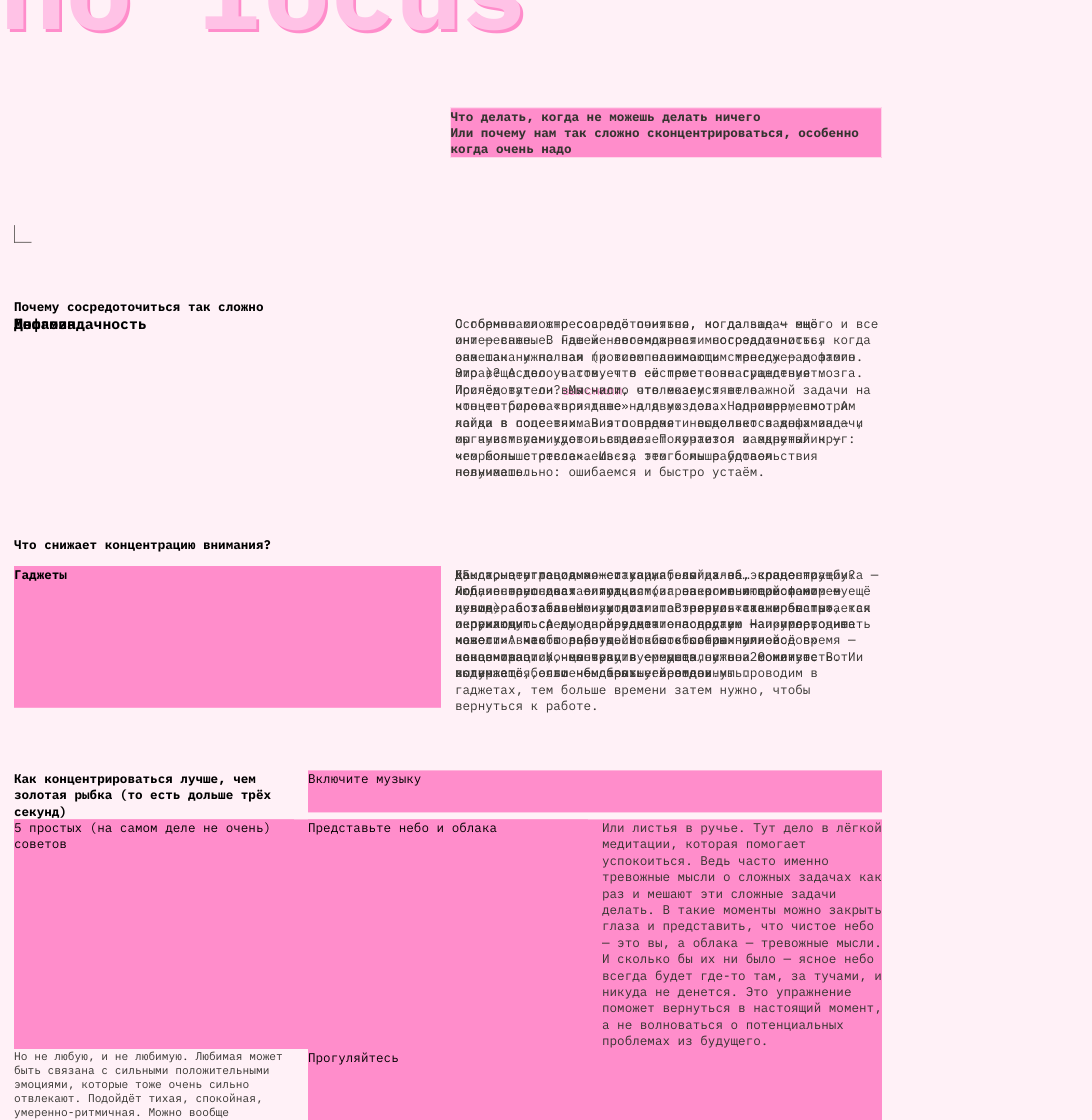
Repository: NikWolf75/slozhno-sosredotochitsya-fd
Page: index.html
The author's editor kept a copy of each file at every save. The page is drawn from the files as they stood at one save, then again after the next save.
The browser window is 1280 px wide. The page is 1560 px wide, so the pictures cover 1560 px, including what lies to the right of the window. The pictures show the part of the page from y = 401 to 2001 px (the page is 7191 px tall), at 70% of full size.

Above is the page before, as saved 2025-02-27 23:10:57.

### index.html
<!DOCTYPE html>
<html lang="ru">
  <head>
    <meta charset="UTF-8" />
    <meta http-equiv="X-UA-Compatible" content="IE=edge" />
    <meta name="viewport" content="width=device-width, initial-scale=1.0" />
    <meta name="color-scheme" content="dark light" />
    <link rel="stylesheet" href="/fonts/fonts.css" />
    <link rel="stylesheet" href="/styles/globals.css" />
    <link rel="stylesheet" href="/styles/variables.css" />
    <link rel="stylesheet" href="/styles/style.css" />
    <link rel="stylesheet" href="/styles/dark.css" />
    <link rel="stylesheet" href="/styles/light.css" />
    <link rel="icon" href="/images/favicon.ico" sizes="any" />
    <link rel="icon" href="/images/favicon.svg" type="image/svg+xml" />
    <title>Сложно сосредоточиться</title>
    <script src="./scripts/script.js"></script>
  </head>
  <body class="page">
    <header class="header decorated-zone">
      <p class="rec_element">REC</p>
      <nav class="header__theme-menu">
        <ul class="header__theme-menu-list">
          <li class="header__theme-menu-item">
            <button
              class="header__theme-menu-button header__theme-menu-button_type_light"
            >
              День
            </button>
          </li>
          <li class="header__theme-menu-item">
            <button
              class="header__theme-menu-button header__theme-menu-button_active header__theme-menu-button_type_auto"
              disabled
            >
              Авто
            </button>
          </li>
          <li class="header__theme-menu-item">
            <button
              class="header__theme-menu-button header__theme-menu-button_type_dark"
            >
              Неон
            </button>
          </li>
        </ul>
      </nav>
      <h1 class="title_main">no focus</h1>
      <div class="title-decor">
        <p>Что делать, когда не можешь делать ничего</p>
        <p>
          Или почему нам так сложно сконцентрироваться, особенно когда очень
          надо
        </p>
      </div>
    </header>
    <main class="content">
      <section class="content__section">
        <h2 class="question_text">Почему сосредоточиться так сложно</h2>
        <article class="answer">
          <h3 class=".content__answer-short">Многозадачность</h3>
          <p class="answer_large">
            Особенно сложно сосредоточиться, когда задач много и все они —
            важные. Где же легендарная многозадачность, когда она так нужна вам
            (и всем нанимающим менеджерам этого мира)? А дело в том, что её
            просто не существует. Исследователи
            <a class="link-text" href="#0">выяснили</a>, что мозгу тяжело
            концентрироваться даже на двух делах одновременно. А когда в поле
            внимания попадает несколько важных задач, организм паникует и
            выделяет кортизол и адреналин — «гормоны стресса». Из-за этого мы
            работаем невнимательно: ошибаемся и быстро устаём.
          </p>
        </article>
        <article class="answer">
          <h3 class=".content__answer-short">Дофамин</h3>
          <p class="answer_large">
            С гормонами стресса всё понятно, но дальше — ещё интереснее. В нашей
            невозможности сосредоточиться замешана и полная противоположность
            стрессу — дофамин. Это вещество участвует в системе вознаграждения
            мозга. Причём тут он? Мы часто отвлекаемся от важной задачи на
            что-то более «приятное» для мозгов. Например, смотрим лайки в
            соцсетях. В это время и выделяется дофамин — и мы чувствуем
            удовольствие. Получается замкнутый круг: чем больше отвлекаешься,
            тем больше удовольствия получаешь.
          </p>
        </article>
      </section>
      <section class="content__section content__question">
        <h2 class="question_text">Что снижает концентрацию внимания?</h2>
        <article class="answer">
          <h3 class="content__answer-short">Многозадачность</h3>
          <p class="answer_large">
            Как концентрация может снижаться из-за… концентрации? Любая
            стрессовая ситуация (и резко меняющийся мир в целом) заставляет наш
            мозг постоянно «сканировать» окружающую среду на предмет опасности.
            Например, читать новости вместо работы. Но быть собранными всё время
            — невозможно. Концентрация — мышца, и она может не выдержать, если
            не давать ей отдохнуть.
          </p>
        </article>
        <article class="answer">
          <h3 class="content__answer-short">Еда</h3>
          <p class="answer_large">
            «Быстрые углеводы» — сахар, белый хлеб, сладости — молниеносно
            доставляют в мозг энергию и помогают ему лучше работать. Но уходит
            эта энергия также быстро, как и приходит. А мы в результате попадаем
            на «углеводные качели»: как только действие «быстрых углеводов»
            заканчивается, мы чувствуем усталость и сонливость. И хотим ещё
            больше быстрых углеводов.
          </p>
        </article>
        <article class="answer">
          <h3 class="content__answer-short">Гаджеты</h3>
          <p class="answer_large">
            Да-да, это та самая ситуация, когда на экране ноутбука — код, в
            наушниках — подкаст, а на компьютере фоном — ещё и видео с забавными
            утятами. В результате мозг пытается переключиться с одной задачи на
            другую — и просто не может. А чтобы вернуться к состоянию полной
            концентрации, человеку в среднем нужно 20 минут. Вот и получается,
            что чем больше времени мы проводим в гаджетах, тем больше времени
            затем нужно, чтобы вернуться к работе.
          </p>
        </article>
      </section>
      <section class="content__section">
        <h2 class="question_text">
          Как концентрироваться лучше, чем золотая рыбка (то есть дольше трёх
          секунд)
        </h2>
        <article class="answer advice">
          <h3 class="content__answer-short sub_content__answer-short">
            5 простых (на самом деле не очень) советов
          </h3>
          <h4 class="advice">
            Представьте небо и облака
          </h4>
          <p class="answer_large">
            Или листья в ручье. Тут дело в лёгкой медитации, которая помогает
            успокоиться. Ведь часто именно тревожные мысли о сложных задачах как
            раз и мешают эти сложные задачи делать. В такие моменты можно
            закрыть глаза и представить, что чистое небо — это вы, а облака —
            тревожные мысли. И сколько бы их ни было — ясное небо всегда будет
            где-то там, за тучами, и никуда не денется. Это упражнение поможет
            вернуться в настоящий момент, а не волноваться о потенциальных
            проблемах из будущего.
          </p>
        </article>
          <h4 class="advice">
            Включите музыку
          </h4>
          <p class="answer_large">
            Но не любую, и не любимую. Любимая может быть связана с сильными
            положительными эмоциями, которые тоже очень сильно отвлекают.
            Подойдёт тихая, спокойная, умеренно-ритмичная. Можно вообще
            попробовать включить плейлист с «белым шумом» или нейромузыкой.
          </p>
          <h4 class="advice">
            Прогуляйтесь
          </h4>
          <p class="answer_large">
            Или даже пробегитесь. Лучше найти парк или лес: один эксперимент
            <a class="link-text" href="#0">показал</a>, что созерцание природы
            повышает концентрацию, в то время как после просмотра городских
            пейзажей она наоборот понижается. Можно совместить прогулку с
            физическими упражнениями или бегом — так в мозг поступит ещё больше
            кислорода и он будет лучше работать. Но и простая двадцатиминутная
            прогулка — тоже отличный вариант.
          </p>
          <h4 class="advice">
            Хорошо ешьте
          </h4>
          <p class="answer_large">
            Мы — не ваша бабушка, но это правда важно. Выбирайте продукты,
            которые препятствуют резким скачкам сахара в крови. Например, с
            высоким содержанием клетчатки: овощи, ягоды, бобовые (нут, чечевица,
            фасоль), коричневый рис, хлеб из цельнозерновой пшеницы.
          </p>
          <h4 class="advice">
            Читайте
          </h4>
          <p class="answer_large">
            Настоящие бумажные книги. Это правда помогает с концентрацией: чтобы
            прочитать пост в соцсети, достаточно нескольких минут или даже
            секунд. А вот интересная книга способна затянуть и на несколько
            часов и круто тренирует направленное внимание.
          </p>
        </article>
      </section>
      <section class="content__section content__gallery">
        <h2 class="content__answer-short">А можно в картинках?</h2>
        <div class="gallery">
          <figure class="gallery__item">
            <img
              class="content__section-image"
              src="./images/sunset.png"
              alt="Вид острова на закате"
              loading="lazy"
            />
          </figure>
          <figure class="gallery__item">
            <img
              class="gallery__section-image"
              src="./images/ice-cream.png"
              alt="Чаша с мороженным"
              loading="lazy"
            />
          </figure>
          <figure class="gallery__item">
            <img
              class="gallery__section-image"
              src="./images/tape.png"
              alt="Кассета"
              loading="lazy"
            />
          </figure>
          <figure class="gallery__item">
            <img
              class="gallery__section-image"
              src="./images/books.png"
              alt="Стопка книг"
              loading="lazy"
            />
          </figure>
          <figure class="gallery__item">
            <img
              class="gallery__section-image"
              src="./images/street.png"
              alt="Улица"
              loading="lazy"
            />
          </figure>
        </div>
      </section>
    </main>
    <footer class="footer decorated-zone">
      <h2 class="title_main footer__title">focus</h2>
    </footer>
  </body>
</html>

### styles/globals.css
*,
*::before,
*::after {
  box-sizing: border-box;
}

body {
  min-inline-size: 375px;
  max-inline-size: 1440px;
  margin: 0 auto;
}

h1,
h2,
h3,
h4,
h5,
h6,
p {
  margin: 0;
}

ul {
  margin: 0;
  padding: 0;
  list-style: none;
}

picture {
  margin: 0;
  padding: 0;
}

button,
a {
  font-family: inherit;
  font-size: inherit;
  line-height: inherit;
  color: currentColor;
}

### styles/variables.css
:root {
  --main-font: 'IBM Plex mono';
}

### styles/style.css
.page {
  display: flex;
  flex-direction: column;
  font-family: var(--main-font), monospace;
  block-size: min-content;
  position: relative;
  font-weight: 700;
  background-color: var(--main-background-color);
  background-image: var(--main-background-image);
  background-attachment: fixed;
  background-position: center;
  background-size: cover;
  background-repeat: no-repeat;
 }

.decorated-zone {
  position: relative;
}

.decorated-zone::after,
.decorated-zone::before {
  position: absolute;
  inline-size: 25px;
  block-size: 25px;
  content: "";
  border: 1px solid var(--corner-color);
}

.decorated-zone::after {
  border-top: none;
  border-right: none;
  bottom: 10px;
  left: 10px;
}

.decorated-zone::before {
  border-left: none;
  border-bottom: none;
  right: 10px;
  top: 10px;
}

@media (width >= 768px) {
  .decorated-zone::after {
    bottom: 20px;
    left: 20px;
  }
}

@media (width >= 768px) {
  .decorated-zone::before {
    right: 20px;
    top: 20px;
  }
}

.rec_element {
  position: absolute;
  align-self: start;
  justify-self: end;
  margin: 0;
  right: 10px;
  margin-right: 28px;
  font-size: 18px;
  grid-column: 3;
  grid-row: 1;
  color: var(--accent-color);
  gap: 10px;
}

@media (width >= 768px) {
  .rec_element {
    right: 20px;
  }
}

.rec_element::after {
  content: "";
  border-radius: 50%;
  position: absolute;
  top: 8px;
  left: 44px;
  background: var(--accent-color);
  width: 10px;
  height: 10px;
  box-shadow: 0 0 4px 2px var(--accent-color)
}

.header {
  display: grid;
  grid-template-columns: repeat(3, 1fr);
  grid-template-rows: 1fr min-content 1fr;
  align-items: center;
  justify-items: end;
  position: relative;
  block-size: min(668px, 100vh);
  padding: 10px;
  inline-size: 100%;
 }

 @media (width >= 768px) {
  .header {
    padding: 20px 20px 20px 0;
    block-size: max(1024px, 100vh);
  }
 }

 @media (width >= 1024px) {
  .header {
    block-size: max(768px, 100vh);
  }
 }

 .header__theme-menu {
  grid-column: 3;
  grid-row: 1;
  justify-self: end;
  align-self: center;
}

@media (width >= 1024px) {
  .header__theme-menu {
    grid-column: 1 / -1;
    align-self: start;
    justify-self: center;
    margin-left: 20px;
  }
 }

.header__theme-menu-list {
  display: flex;
  flex-direction: column;
  list-style: none;
  row-gap: 10px;
}

@media (width >= 1024px) {
  .header__theme-menu-list {
    display: flex;
    flex-direction: row;
    column-gap: 10px;
  }
 }

.header__theme-menu-button {
  font-family: inherit;
  background: transparent;
  font-size: 18px;
  color: var(--menu-color);
  border: none;
  text-transform: lowercase;
  border: none;
  height: 26px;
  padding-right: 13px;
  padding-left: 13px;
}

.header__theme-menu-bitton:hover {
  outline: 1px solid var(--menu-color-rgb);
}

.header__theme-menu-button_active {
  outline: 1px solid var(--menu-color);
}

.header__theme-menu-button:focus {
  outline: none;
  text-decoration: underline;
}

.header__theme-menu-button:focus-visible {
  outline: none;
  text-decoration: underline;
}

.title_main {
  font-family: inherit;
  font-size: clamp(7.25rem, 7.0115rem + 1.0178vw, 7.5rem);
  line-height: 95.7px;
  color: var(--title-short-text-color);
  text-shadow: 4px 4px 0 var(--accent-color);
  justify-self: start;
  grid-column: 1 / -1;
  grid-row: 2;
}

@media (width >= 1024px) {
  .title_main {
    line-height: 129.5px;
  }
}

@media (width >= 768px) {
  .title_main {
    font-size: clamp(7.5rem, 0.5625rem + 14.4531vw, 9.8125rem);
    font-weight: 700;
    line-height: 99px;
  }
}

.title-decor {
  font-weight: 700;
  font-family: var(--main-font), monospace;
  font-size: 18px;
  line-height: 23.4px;
  background-color: var(--accent-color);
  color: var(--title-text-color);
  grid-row: 3;
  grid-column: 1 / -1;
  border: 1px solid var(--main-background-color);
  margin: 0;
  justify-self: end;
  align-self: center;
}

@media (width >= 768px) {
  .title-decor {
    max-width: 49%;
  }
}

.content {
  display: flex;
  box-sizing: border-box;
  flex-direction: column;
  padding: 40px 10px 0 10px;
  row-gap: 50px;
}

@media (width >= 768px) {
  .content {
    padding: 60px 20px 20px 20px;
    row-gap: 80px;
  }
}

@media (width >= 768px) {
  .content__section {
    display: grid;
    grid-template-columns: 1fr 2fr;
    column-gap: 20px;
  }
}

@media (width >= 1024px) {
  .content__section {
    column-gap: 10px;
  }
}

.content__what, .answer {
  margin-bottom: 20px;
}

.content__what, .answer:last-of-type {
  margin-bottom: 0;
}

.content__gallery, .content__answer-short {
  font-size: 18px;
}

@media (width >= 768px) and (width < 1024px) {
  .content__question,
  .content__gallery {
    display: grid;
    grid-template-columns: repeat(3, 1fr);
    grid-template-rows: min-content, 1fr;
    row-gap: 20px;
  }

  .content__question, .question_text {
    grid-row: 1;
    grid-column: 1;
  }

  .content__question, .answer {
    grid-row: 2;
    grid-column: 1 / -1;
    margin-bottom: 20px;
  }

  .content__gallery, .content__answer-short {
    grid-row: 1;
    grid-column: 1 / -1;
    margin: 0;
  }

  .content__gallery, .gallery {
    grid-row: 2;
    grid-column: 1 / -1;
  }
}

@media (width >= 1024px) {
  .content__question,
  .content__gallery {
    display: grid;
    grid-template-columns: repeat(3, 1fr);
    row-gap: 20px;
  }

  .content__question, .question_text {
    grid-row: 1;
    grid-column: 1;
  }

  .content__question, .answer {
    display: grid;
    grid-row: 2;
    grid-column: 1 / -1;
    column-gap: 20px;
    grid-template-columns: repeat(auto-fit, minmax(calc((100% - 40px) / 3), 1fr));
  }

  .content__gallery, .answer-short {
    grid-row: 1;
    grid-column: 1 / -1;
    margin: 0;
  }

  .content__gallery, .gallery {
    grid-row: 2;
    grid-column: 1 / -1;
  }
}

.question_text {
  font-family: var(--main-font), monospace;
  font-size: 18px;
  font-weight: 700;
  line-height: 23.5px;
  color: var(--question_text-color);
  margin: 0;
  margin-bottom: 20px;
}

@media (width >= 768px) {
  .question_text {
    padding-right: 9px;
    margin-bottom: 0;
  }
}

.answer {
  font-family: var(--main-font), monospace;
  font-size: 18px;
  font-weight: 700;
  line-height: 23.5px;
  color: var(--content__answer-short-color);
}

.advices {
  display: flex;
  flex-direction: column;
}

.content_how {
  display: flex;
  flex-direction: column;
}

.content__answer-short {
  color: var(--content__answer-short-color);
  background-color: var(--accent-color);
  margin: 0;
  margin-bottom: 10px;
  font-family: inherit;
  font-size: inherit;
  font-weight: inherit;
  line-height: inherit;
}

.sub_content__answer-short {
  margin-bottom: 20px;
}

.answer_large {
  font-family: inherit;
  font-size: inherit;
  font-weight: 400;
  line-height: inherit;
  color: var(--answer-text-color);
  margin: 0;
  margin-bottom: 20px;
}

.answer, .answer_large:last-of-type {
  margin-bottom: 0;
}

.link-text {
  text-decoration: none;
  color: inherit;
  text-shadow: 2px 2px 0 var(--shadow-accent-color);
}

.link-text:hover {
  border-bottom: 1px solid var(--menu-color);
}

.link-text:focus {
  outline: none;
  border: none;
}

.link-text:focus-visible {
  outline: 1px solid var(--answer-text-color);
  border: 1px solid transparent;
  color: var(--answer-text-color);
}

.advice {
  font-family: var(--main-font), monospace;
  font-size: 18px;
  font-weight: 400;
  background-color: var(--accent-color);
  line-height: 23.4px;
  margin: 0 0 10px 0;
}

.gallery {
  display: grid;
  grid-template-columns: 1fr;
  grid-template-rows: 142px 355px 237px 355px 237px;
  gap: 10px;
  grid-auto-flow: dense;
  margin-bottom: 40px;
}

.gallery__item {
  margin: o;
}

.gallery__section-image {
  object-fit: cover;
  inline-size: 100%;
  block-size: 100%;
}

@media (width >= 1024px) {
  .gallery {
    grid-template-rows: 260px 315px 433px;
  }
}

.footer {
  display: grid;
  height: 100vh;
  padding: 10px;
  block-size: max(668px, 100vh);
  grid-template-columns: 1fr;
  grid-template-rows: 1fr min-content 1fr;
}

@media (width >= 768px) {
  .footer {
    padding: 20px;
    block-size: max(1024px, 100vh);
  }
}

@media (width >= 1024px) {
  .footer {
    block-size: max(768px, 100vh);
  }
}

.footer_title {
  justify-self: center;
}

### styles/dark.css
:root.theme-dark {
  --title-short-text-color: #DB00FF;
  --header-background-image: url(../images/cover-image-dark.png);
  --title-text-color: #000028;
  --accent-color: #FF0070;
  --menu-color: #FF0070;
  --menu-color-rgb: rgba(255, 0, 112, 0.4);
  --shadow-accent-color: #FF0070;
  --main-background-color: #000028;
  --answer-text-color: #F1B2CE;
  --answer-short-text-color: #000028;
  --question-text-color: #FF0070;
  --corner-color: #FF0070;
}

.theme-dark .page {
  /* Вам также нужно будет написать ряд подобных селекторов */
}

.theme-dark li {
  outline: none;
}

@media (prefers-color-scheme: dark) {
  :root {
    /* сохраните этот селектор в приведённом виде.
      Так стили написанные ниже будут иметь больший вес,
      чем стили в медиазапросе предпочтений пользователя
    */
    --title-short-text-color: #DB00FF;
    --header-background-image: url(../images/cover-image-dark.png);
    --title-text-color: #000028;
    --accent-color: #FF0070;
    --menu-color: #FF0070;
    --menu-color-rgb: rgba(255, 0, 112, 0.4);
    --shadow-accent-color: #FF0070;
    --main-background-color: #000028;
    --answer-text-color: #F1B2CE;
    --answer-short-text-color: #000028;
    --question-text-color: #FF0070;
    --corner-color: #FF0070;
  }

  li {
    outline: none;
  }
}

### styles/light.css
:root.theme-light {
  --title-short-text-color: #FFC2E6;
  --header-background-image: url(../images/cover-image-light.png);
  --title-text-color: #353430;
  --accent-color: #FF8DCB;
  --menu-color: #353430;
  --menu-color-rgb: rgba(53, 52, 48, 0.4);
  --shadow-accent-color: #FF8DCB;
  --main-background-color: #FFF1F7;
  --answer-text-color: #353430;
  --answer-short-text-color: #353430;
  --question-text-color: #353430;
  --corner-color: #353430;
}

.theme-light .page .rec_element {
  display: none;
}

.theme-light .rec_element::after {
  display: none;
}

.theme-light li {
  outline: none;
}

@media (prefers-color-scheme: light) {
  :root {
    --title-short-text-color: #FFC2E6;
    --header-background-image: url(../images/cover-image-light.png);
    --title-text-color: #353430;
    --accent-color: #FF8DCB;
    --menu-color: #353430;
    --menu-color-rgb: rgba(53, 52, 48, 0.4);
    --shadow-accent-color: #FF8DCB;
    --main-background-color: #FFF1F7;
    --answer-text-color: #353430;
    --answer-short-text-color: #353430;
    --question-text-color: #353430;
    --corner-color: #353430;
  }


  .theme-light .rec_element {
    display: none;
  }

  .theme-auto .rec_element {
    display: none;
  }

  .rec_element .rec_element::after {
    display: none;
  }

  li {
    outline: none;
  }
}

### scripts/script.js
(function initTheme() {
  const theme = localStorage.getItem('theme');
  if (theme) {
    setTheme(theme);
  }
})();

document.addEventListener('DOMContentLoaded', () => {
  const currentTheme = [...document.documentElement.classList]
    .find((cn) => cn.startsWith('theme-'))
    ?.replace('theme-', '');
  const themeButtons = [
    ...document.querySelectorAll('.header__theme-menu-button'),
  ];
  setActiveButton(themeButtons, currentTheme);

  themeButtons.forEach((button) => {
    button.addEventListener('click', () => {
      const chosenTheme = [...button.classList]
        .find((cn) => cn.includes('_type_'))
        .split('_type_')[1];
      setTheme(chosenTheme);
      setActiveButton(themeButtons, chosenTheme);
    });
  });
});

function setTheme(theme) {
  document.documentElement.className = '';
  document.documentElement.classList.add(`theme-${theme}`);
  localStorage.setItem('theme', theme);
}

function setActiveButton(buttonsArray, theme) {
  buttonsArray.forEach((button) => {
    button.classList.remove('header__theme-menu-button_active');
    button.removeAttribute('disabled');
  });
  const target = buttonsArray.find((button) =>
    button.classList.contains(`header__theme-menu-button_type_${theme}`)
  );
  if (target) {
    target.classList.add('header__theme-menu-button_active');
    target.setAttribute('disabled', true);
  } else {
    const autoButton = document.querySelector(
      '.header__theme-menu-button_type_auto'
    );
    autoButton.classList.add('header__theme-menu-button_active');
    autoButton.setAttribute('disabled', true);
  }
}

Loaded but not shown: fonts/fonts.css (common file)

After the next save:
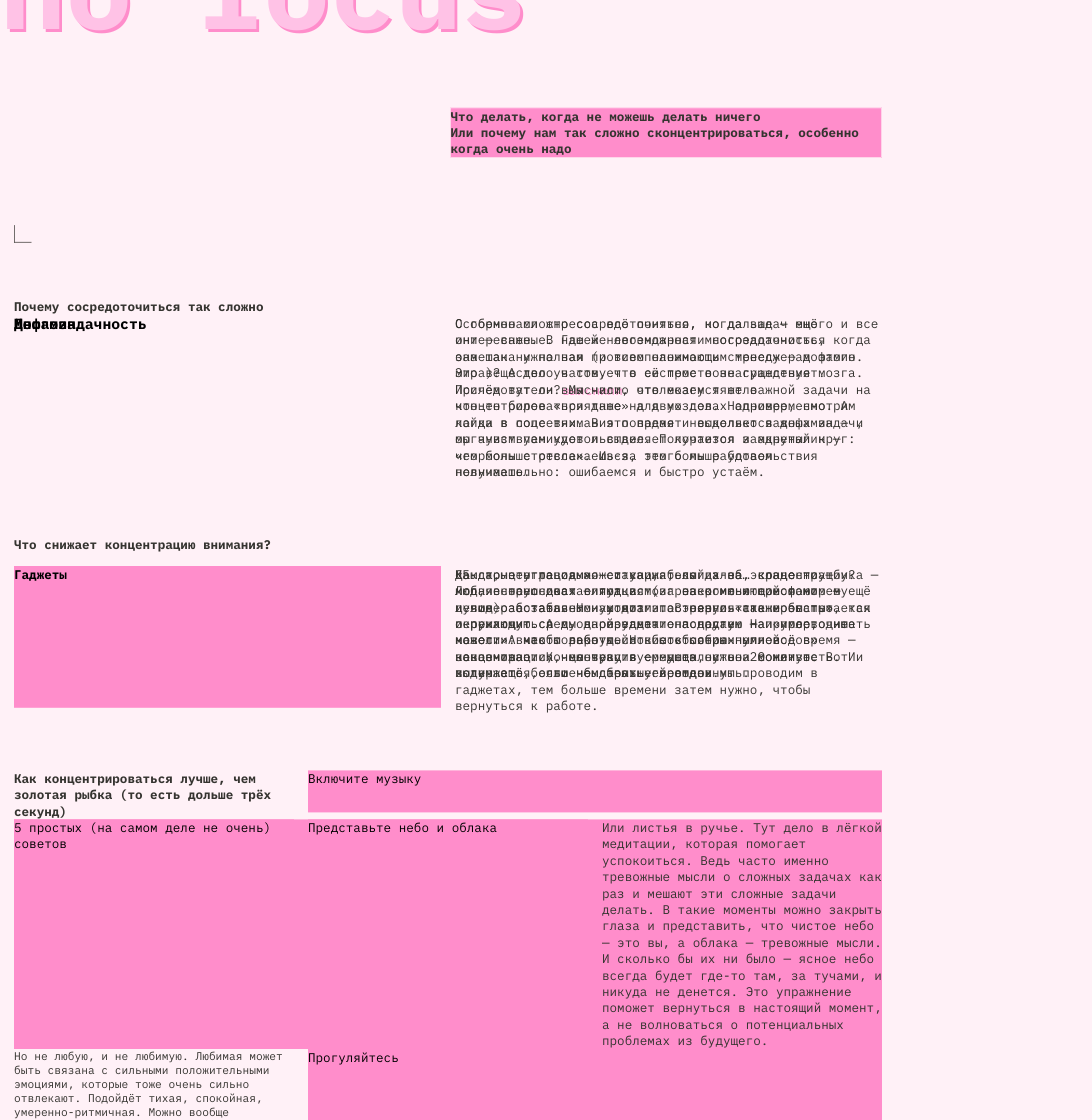
Saved 32 s later.
--- a/styles/style.css
+++ b/styles/style.css
@@ -330,7 +330,7 @@
   font-size: 18px;
   font-weight: 700;
   line-height: 23.5px;
-  color: var(--question_text-color);
+  color: var(--question-text-color);
   margin: 0;
   margin-bottom: 20px;
 }
